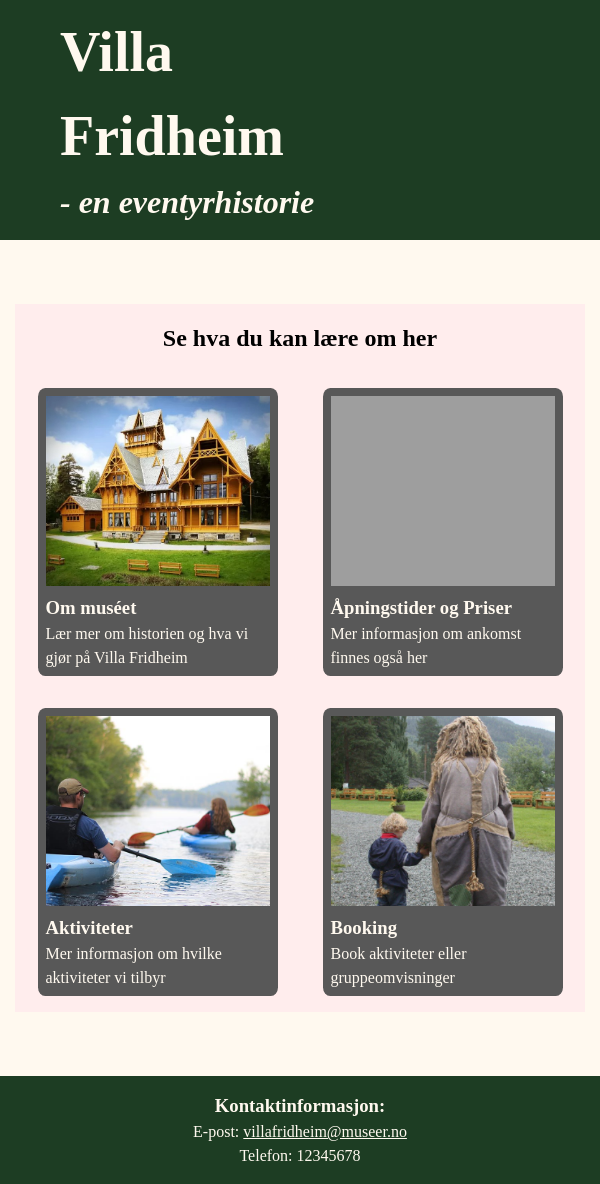
Repository: IdaHolmen/villa-fridheim
Page: index.html
The author's editor kept a copy of each file at every save. The page is drawn from the files as they stood at one save, then again after the next save.
The browser window is 600 px wide. The pictures show the part of the page from y = 746 to 1930 px (the page is 1930 px tall).
Pictures or frames that could not be fetched are drawn as grey boxes. Some web fonts or font styles are not loaded; a fallback is used.

Above is the page before, as saved 2024-10-15 12:22:33.

### index.html
<!DOCTYPE html>
<html lang="en">
    <head>
        <meta charset="UTF-8" />
        <meta name="viewport" content="width=device-width, initial-scale=1.0" />

        <link
            rel="icon"
            type="image/x-icon"
            href="./assets/villa-fridheim-logo.svg"
            alt="Omrisset av et eventyrslott"
        />

        <link rel="stylesheet" type="text/css" href="./css/reset.css" />
        <link rel="stylesheet" type="text/css" href="./css/style.css" />
        <link rel="stylesheet" type="text/css" href="./css/media-queries.css" />
        <title>Villa Fridheim</title>
    </head>

    <body>
        <header>
            <div class="headline-container">
                <img src="./assets/villa-fridheim-logo.svg" alt="Omrisset av et eventyrslott" class="main-logo" />
                <h1 class="main-headline">Villa Fridheim</h1>
            </div>

            <nav class="nav-bar">
                <a href="./src/about.html" class="nav-link">Om muséet</a>
                <a href="./src/info.html" class="nav-link">Åpningstider og priser</a>
                <a href="./src/activities.html" class="nav-link">Aktiviteter og opplevelser</a>
                <a href="./src/booking.html" class="nav-link">Booking</a>
            </nav>
        </header>

        <main class="main-container">
            <section class="hero-section">
                <div class="hero-background">
                    <img
                        src="./assets/ville-fridheim-historic.jpeg"
                        alt="Et gammelt svart-hvitt-bilde av Villa Fridheim"
                        class="hero-image"
                    />
                </div>

                <div class="hero-text-container">
                    <span class="hero-content">Villa</span>
                    <span class="hero-content">Fridheim</span>
                    <span class="hero-content-sub-headline">- en eventyrhistorie</span>
                </div>
            </section>

            <section class="intro-section"></section>

            <section class="link-section">
                <div class="link-container-headline">
                    <h2>Se hva du kan lære om her</h2>
                </div>
                <div class="link-container">
                    <a href="./src/about.html" class="navigation-container">
                        <img
                            src="./assets/faded-image-outside.jpeg"
                            alt="Et gult hus i sveitserstil"
                            class="link-image"
                        />
                        <h3>Om muséet</h3>
                        <p>Lær mer om historien og hva vi gjør på Villa Fridheim</p>
                    </a>
                    <a href="./src/info.html" class="navigation-container">
                        <img
                            src="./assets/inside-view2.jpg"
                            alt="Et gang i mørkt treverk med eventyrmotiver på veggen"
                            class="link-image"
                        />
                        <h3>Åpningstider og Priser</h3>
                        <p>Mer informasjon om ankomst finnes også her</p>
                    </a>
                    <a href="./src/activities.html" class="navigation-container">
                        <img src="./assets/kajakk.jpg" alt="To personer i hver sin kajakk" class="link-image" />
                        <h3>Aktiviteter</h3>
                        <p>Mer informasjon om hvilke aktiviteter vi tilbyr</p>
                    </a>
                    <a href="./src/booking.html" class="navigation-container">
                        <img
                            src="./assets/troll.jpeg"
                            alt="Et barn som holder hender med et troll"
                            class="link-image"
                        />
                        <h3>Booking</h3>
                        <p>Book aktiviteter eller gruppeomvisninger</p>
                    </a>
                </div>
            </section>
        </main>

        <footer class="footer-front-page">
            <h3>Kontaktinformasjon:</h3>
            <p>
                E-post:
                <a href="" id="email-element">villafridheim@museer.no</a>
            </p>
            <p>Telefon: 12345678</p>
        </footer>
    </body>
</html>

### css/reset.css
*, *::before, *::after {
	box-sizing: border-box;
  }

* {
	margin: 0;
	padding: 0;
}

body {
	line-height: 1.5;
	-webkit-font-smoothing: antialiased;
}

img, picture, video, canvas, svg {
	display: block;
	max-width: 100%;
}

input, textarea, select {
	font: inherit;
}

p, h1, h2, h3, h4, h5, h6 {
	overflow-wrap: break-word;
}

#root, #__next {
	isolation: isolate;
}

button {
	font: inherit;
	background: transparent;
	border: none;
	cursor: pointer;
	touch-action: manipulation;
}

a {
	color: inherit;
	text-decoration: none;
}

### css/style.css
@import url('https://fonts.googleapis.com/css2?family=Caudex:ital,wght@0,400;0,700;1,400;1,700&display=swap');

:root {
    --primary-color: #fff9ef;
    --secondary-color: #1d3d23;
}

/* BODY STYLING */
body {
    height: 100vh;
    width: 100%;
    display: flex;
    flex-direction: column;
    background-color: var(--primary-color);
    font-family: 'Caudex', 'Times New Roman', Times, serif;
}

/* HEADER STYLING */
header {
    display: flex;
    flex-direction: row;
    justify-content: center;
    align-items: center;
    background: var(--primary-color);
    color: var(--secondary-color);
    flex-basis: 10%;
}

.headline-container {
    flex-basis: 25%;
    display: flex;
    justify-content: center;
    align-items: center;
    flex-direction: row;
}

.main-headline {
    font-size: 1.75rem;
}

.main-logo {
    height: 35px;
    width: 35px;
    margin-right: 0.5rem;
}

.nav-bar {
    flex-basis: 85%;
    display: flex;
    justify-content: space-around;
    flex-direction: row;
    text-align: center;
    margin: 0;
}

.nav-link {
    text-decoration: none;
    color: black;
    padding: 0.5rem 1.5rem;
    font-weight: bold;
    margin: 1rem;
    border-radius: 5px;
    display: flex;
    transition: transform 0.2s ease-in-out;
}

.nav-link:hover {
    box-shadow: rgba(149, 157, 165, 0.2) 0px 8px 24px;
    transform: scale(1.1);
}

.nav-link:active {
    background-color: #e3e3e3;
}

#home-symbol {
    margin-right: 0.5rem;
    width: 25px;
    height: 25px;
}

/* FRONT PAGE STYLING */
.hero-section {
    position: relative;
    height: 30rem;
    width: 100%;
}

.hero-background {
    width: 100%;
    height: 30rem;
    object-fit: contain;
}

.hero-image {
    width: 100%;
    height: 30rem;
    object-fit: cover;
}

.hero-text-container {
    position: absolute;
    top: 0;
    left: 70%;
    width: 30%;
    height: 60%;
    color: var(--primary-color);
    display: flex;
    flex-direction: column;
}

.hero-content {
    font-size: 4.5rem;
    font-weight: bold;
}

.hero-content-sub-headline {
    font-size: 2rem;
    font-weight: bold;
    font-style: italic;
}

.section-headline {
    font-size: 1.5rem;
    margin: 1rem 0;
}

.main-container {
    flex-basis: 85%;
    display: flex;
    flex-direction: column;
    align-items: center;
}

.about-section {
    width: 100%;
    height: 100%;
    display: flex;
}

.about-text {
    flex-basis: 50%;
    display: flex;
    flex-direction: column;
    justify-content: center;
    padding: 24px;
}

.about-text > p {
    margin: 0.5rem 0;
}

.image-container {
    flex-basis: 50%;
}

.front-page-image {
    height: 100%;
    object-fit: cover;
    border-radius: 3%;
}

.link-section {
    width: 95%;
    background-color: #ffeded;
    margin-top: 4rem;
    display: flex;
    flex-direction: column;
    align-items: center;
}

.link-container-headline {
    flex-basis: 10%;
    margin: 1rem;
}

.link-container {
    flex-basis: 90%;
    width: 90%;
    display: flex;
    justify-content: space-around;
    align-items: center;
}

.navigation-container {
    height: 22rem;
    width: 18rem;
    margin: 1rem;
    background-color: #585858;
    color: var(--primary-color);
    display: flex;
    border-radius: 3%;
    padding: 0.5rem;
    flex-direction: column;
    transition: transform 0.2s ease-in-out;
}

.navigation-container:hover {
    background-color: #8d8d8d;
    transform: scale(1.1);
}

.link-image {
    object-fit: cover;
    padding: 0;
    min-height: 70%;
    margin-bottom: 0.5rem;
}

.footer-front-page {
    background-color: var(--secondary-color);
    color: var(--primary-color);
    flex-basis: 5%;
    display: flex;
    flex-direction: row;
    justify-content: space-around;
    padding: 1rem;
    font-size: 1rem;
    margin-top: 4rem;
}

/* STYLING FOR INFO PAGE */
.main-info-container {
    flex-basis: 85%;
    display: flex;
    flex-direction: column;
    align-items: center;
}

.info-text-container {
    flex-basis: 50%;
    height: 100%;
    padding: 24px;
}

.info-image-container {
    flex-basis: 50%;
    height: 100%;
    padding: 24px;
    display: flex;
    align-items: center;
    justify-content: center;
}

.opening-hours-section,
.directions-section,
.prices-section {
    margin-bottom: 1rem;
}

.hours,
.price-element {
    margin: 1rem 0;
}

.price-element {
    width: 90%;
    display: flex;
    flex-direction: row;
    align-items: center;
    justify-content: space-between;
    font-size: 1rem;
}

/* STYLING FOR ACTIVITIES PAGE */
#home-button {
    display: flex;
    align-items: center;
}

.main-activities-container {
    flex-basis: 85%;
    display: flex;
    flex-direction: column;
    align-items: center;
}

.activities-section,
.experiences-section {
    display: flex;
    flex-direction: row;
}

.activities,
.experiences {
    display: flex;
    flex-direction: column;
}

.activities > p,
.experiences > p {
    margin: 0.5rem 0;
}

.bold-text {
    font-weight: 900;
    margin: 0.5rem 0;
}

.illustration-image {
    width: 100%;
    border-radius: 3%;
}

#illustration-image-long {
    width: 90%;
    border-radius: 3%;
}

/* FOOTER */
footer {
    background-color: var(--secondary-color);
    color: var(--primary-color);
    flex-basis: 5%;
    display: flex;
    flex-direction: row;
    justify-content: space-around;
    padding: 1rem;
    font-size: 1rem;
}

a#email-element {
    text-decoration: underline;
}

/* STYLING FOR BOOKING PAGE */
.main-headline-booking {
    color: var(--primary-color);
}

.nav-link-booking {
    color: var(--primary-color);
    text-decoration: none;
    padding: 0.5rem 1.5rem;
    font-weight: bold;
    margin: 1rem;
    border-radius: 5px;
    display: flex;
    transition: transform 0.2s ease-in-out;
}

.nav-link-booking:hover {
    box-shadow: rgba(149, 157, 165, 0.2) 0px 8px 24px;
    transform: scale(1.1);
}

.booking-page-main {
    background-position: center;
    background-image: url('../assets/forest3.jpg');
    background-repeat: no-repeat;
    background-size: cover;
    background-attachment: fixed;
}

.booking-header {
    backdrop-filter: blur(60px);
    background: transparent;
}

.booking-container {
    flex-basis: 85%;
    width: 100%;
    display: flex;
    justify-content: center;
    flex-direction: column;
    align-items: center;
    background-color: rgba(0, 0, 0, 0.2);
}

.booking-form {
    position: relative;
    color: var(--primary-color);
    display: flex;
    flex-direction: column;
    align-items: center;
    height: 100%;
    width: 26rem;
    margin: 2rem;
    padding: 1rem;
    border: 2px solid #b5afaf;
    border-radius: 15px;
    backdrop-filter: blur(25px);
}

.input-field {
    width: 85%;
    height: 55px;
    color: var(--primary-color);
    background: transparent;
    padding-inline: 20px 54px;
    border-radius: 30px;
    border: 2px solid #b5afaf;
    outline: none;
    margin: 1rem 0;
}

.input-field:focus::placeholder {
    color: transparent;
}

#select-field {
    appearance: none;
    width: 85%;
    height: 55px;
    color: var(--primary-color);
    background: transparent;
    padding-inline: 20px;
    border-radius: 30px;
    border: 2px solid #b5afaf;
    cursor: pointer;
    outline: none;
    background-image: linear-gradient(45deg, transparent 50%, #fff5e1 50%),
        linear-gradient(135deg, #fff5e1 50%, transparent 50%);
    background-position: calc(100% - 20px) calc(1.3rem + 2px), calc(100% - 15px) calc(1.3rem + 2px);
    background-size: 5px 5px, 5px 5px, 1px 1.5em;
    background-repeat: no-repeat;
    margin: 1rem 0;
}

#comment-input {
    width: 85%;
    height: 6rem;
    color: var(--primary-color);
    background: transparent;
    border-radius: 10px;
    border: 2px solid #b5afaf;
    outline: none;
    padding-inline: 20px;
    margin: 1rem 0;
}

::placeholder {
    color: var(--primary-color);
}

#comment-input:focus::placeholder {
    color: transparent;
}

#submit-button {
    background-color: var(--primary-color);
    width: 8rem;
    padding: 0.5rem 1.5rem;
    font-weight: bold;
    border-radius: 30px;
    transition: transform 0.2s ease-in-out;
    margin: 0.5rem 0;
}

#submit-button:hover {
    background-color: #ffe8ba;
    transform: scale(1.1);
}

#submit-button:active {
    background-color: #d4d4d4;
}

#booking-footer {
    backdrop-filter: blur(25px);
    background: transparent;
}

### css/media-queries.css
@media screen and (max-width: 1000px) {
    header {
        flex-direction: column;
    }

    .nav-bar {
        align-items: center;
    }

    .nav-link {
        max-width: 16rem;
        margin: 0.5rem;
    }

    .hero-section {
        height: 45rem;
        background-color: var(--secondary-color);
    }

    .hero-text-container {
        top: 68%;
        left: 10%;
        width: 80%;
        height: 30%;
    }

    .hero-content {
        font-size: 3.5rem;
    }

    .about-section {
        flex-direction: column;
        align-items: center;
    }

    .main-info-container {
        flex-direction: column;
    }

    .activities-section {
        flex-direction: column;
    }

    .experiences-section {
        flex-direction: column-reverse;
    }

    .illustration-image {
        width: 70%;
    }

    #illustration-image-long {
        width: 60%;
    }

    .link-container {
        width: 70%;
        flex-wrap: wrap;
    }
}

@media screen and (max-width: 930px) {
    .link-container {
        width: 80%;
    }

    .navigation-container {
        width: 15rem;
        height: 18rem;
    }
}

@media screen and (max-width: 700px) {
    .footer,
    .footer-front-page {
        flex-direction: column;
        align-items: center;
    }

    .nav-bar {
        flex-direction: column;
    }

    .illustration-image {
        width: 100%;
    }

    #illustration-image-long {
        width: 80%;
    }

    .link-container {
        width: 100%;
    }
}

@media screen and (max-width: 500px) {
    .booking-form {
        width: 20rem;
    }

    .hero-content-sub-headline {
        font-size: 1.5rem;
    }
}

After the next save:
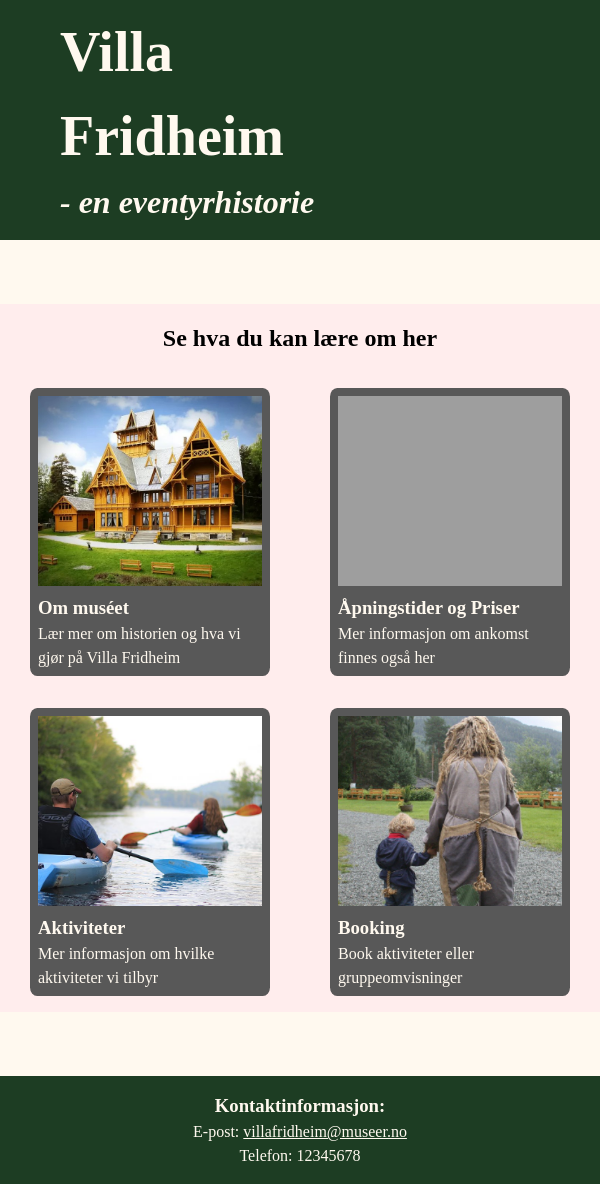
Saved 39 s later.
--- a/css/media-queries.css
+++ b/css/media-queries.css
@@ -81,6 +81,10 @@
         flex-direction: column;
     }
 
+    .link-section {
+        width: 100%;
+    }
+
     .illustration-image {
         width: 100%;
     }
